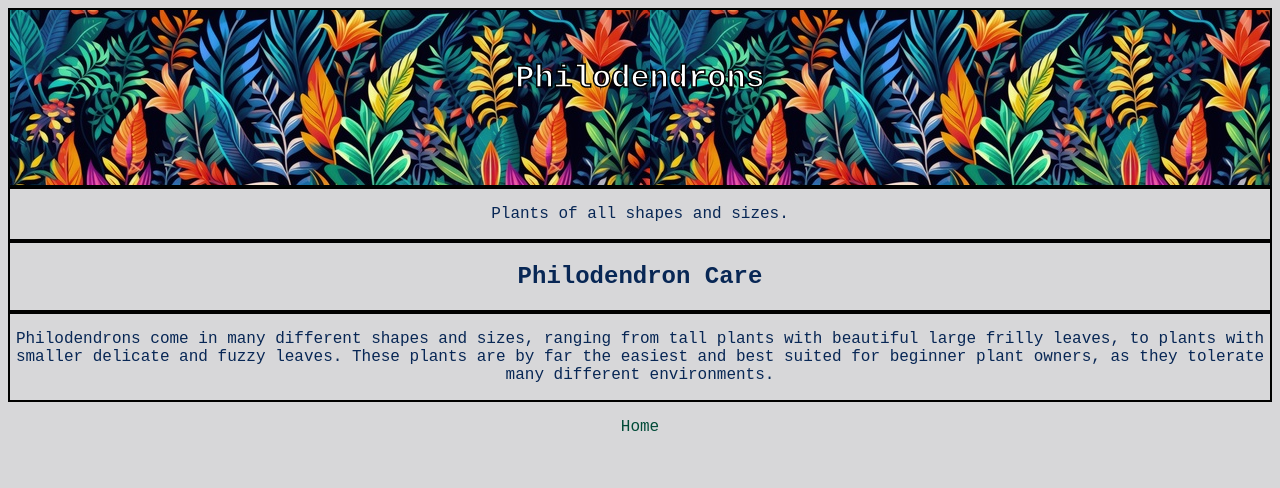
Repository: swillis91/odin-recipies
Page: Planty Page/philodendrons.html
An editor plug-in stored every save of this project. The page is shown before and after the next save, followed by the edit.
The browser window is 1280 px wide. The pictures show the whole page.

Above is the page before, as saved 2023-08-14 23:13:00.

### Planty Page/philodendrons.html
<!DOCTYPE html>
    <html>
        <head>
            <title>Calatheas</title>
            <link href="style.css" rel="stylesheet"
        </head>
        <body>
            <div class="Header">
            <h1 class="heading">Philodendrons</h1>
            </div>
            <div class="box">
              <p>Plants of all shapes and sizes.</p>
            </div>
            <div class="box">
            <h2 class="species">Philodendron Care</h2>
            </div>
            <div class="box">
                <p class="care">Philodendrons come in many different shapes and sizes, ranging from tall plants with beautiful large frilly leaves, to plants with smaller delicate and fuzzy leaves. These plants are by far the easiest and best suited for beginner plant owners, as they tolerate many different environments.
                <br>
            </p>
            </div>
              </p>
                <!--img src="./Images/makoyana.webp" id="calathea makoyana" width="700px"-->
            <footer>
                <nav>
                    <a href="./index.html" class="navigation">Home</a>

                </nav>
            </footer>
        </body>
    </html>

### Planty Page/style.css
body{
    background-color: rgb(215, 215, 217);
    color:rgb(8, 39, 85);
    text-align: center;
    font-family: 'Permanent Marker', cursive;
    font-family: 'Space Mono', monospace;
}

.heading{
    color: rgb(0, 0, 0);
    -webkit-text-fill-color: rgb(255, 255, 255);
    -webkit-text-stroke-width: 1.5px;
    -webkit-text-stroke-color: rgb(0, 0, 0);
    text-transform: capitalize;
    border: 2px solid rgb(0, 3, 3);
    background-image: url('Images/banner.jpg');
    height: 75px;
    margin: 0 auto;
    padding:50px 20px;

}

div.box{
    border:2px solid black;
    display: flex;
    margin-left: auto;
    flex-direction:column;
    align-content: center;
}

#calathea-makoyana{
    width: 500px;
    Height: auto:
}

.navigation{
    color:rgb(1, 75, 56);
    text-decoration: none;
}

a:hover{
    color: rgb(20, 220, 2);
    background-color: rgb(5, 55, 1);
}

After the next save:
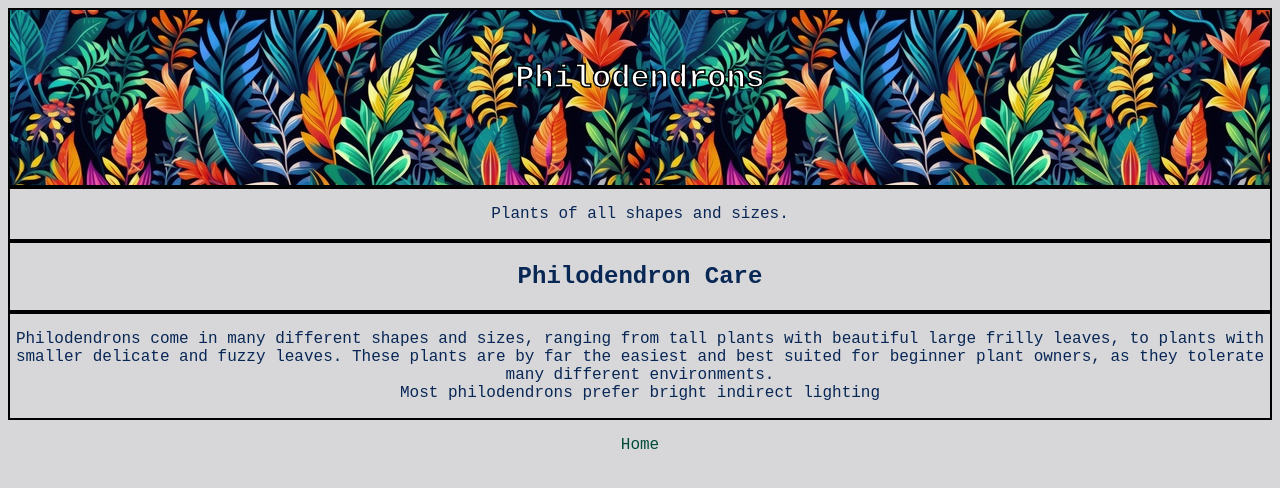
Saved 55 s later.
--- a/Planty Page/philodendrons.html
+++ b/Planty Page/philodendrons.html
@@ -17,6 +17,7 @@
             <div class="box">
                 <p class="care">Philodendrons come in many different shapes and sizes, ranging from tall plants with beautiful large frilly leaves, to plants with smaller delicate and fuzzy leaves. These plants are by far the easiest and best suited for beginner plant owners, as they tolerate many different environments.
                 <br>
+                Most philodendrons prefer bright indirect lighting
             </p>
             </div>
               </p>
